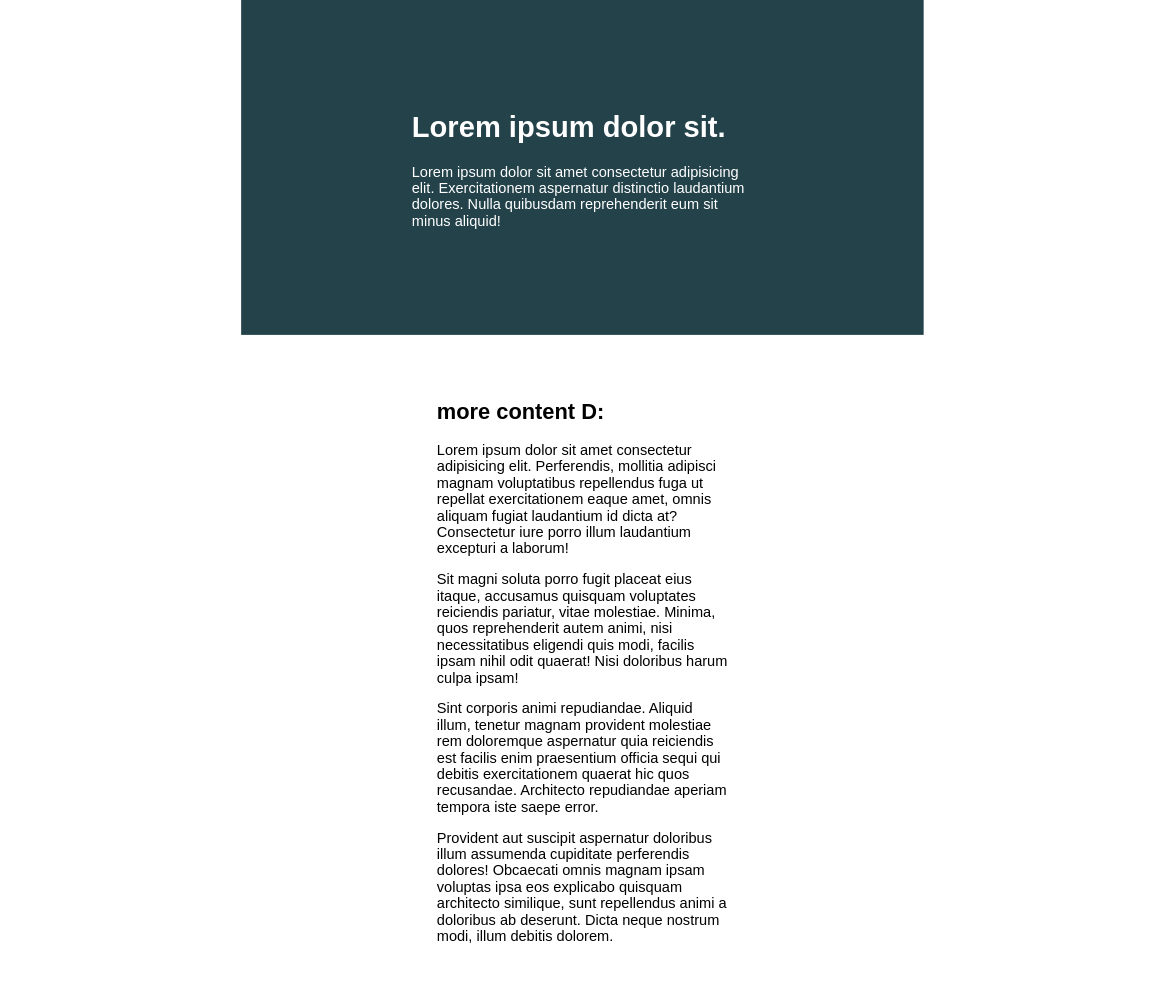
Repository: ufanodev/responsive-3
Page: index.html
An editor plug-in stored every save of this project. The page is shown before and after the next save, followed by the edit.
The browser window is 1280 px wide. The pictures show the whole page, at 91% of full size.

Above is the page before, as saved 2022-12-10 19:42:10.

After the next save:
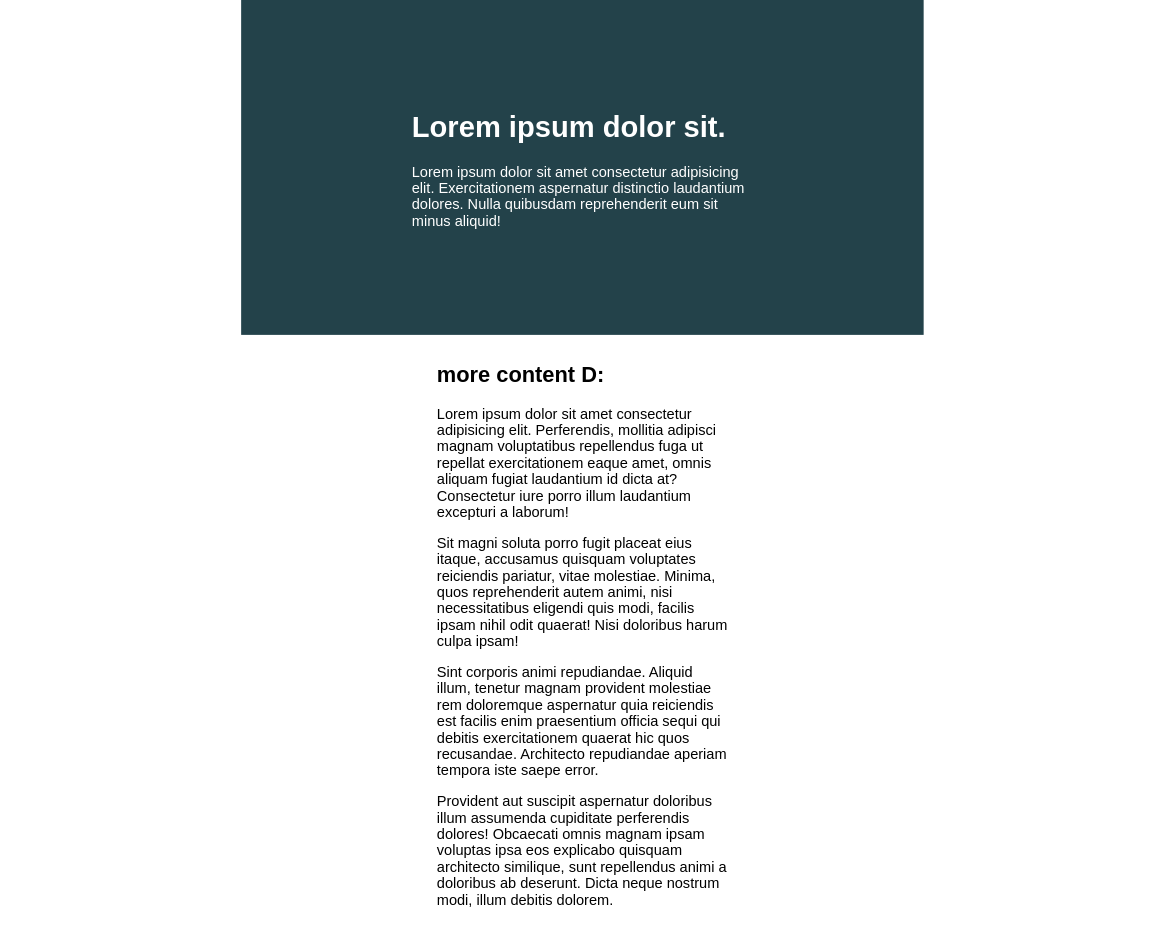
Saved 17 s later.
--- a/style.css
+++ b/style.css
@@ -43,5 +43,5 @@ body {
   width: 25%;
   max-width: 750px;
   margin: 0 auto;
-  padding: 50px 0;
+  padding: 10px 0;
 }
